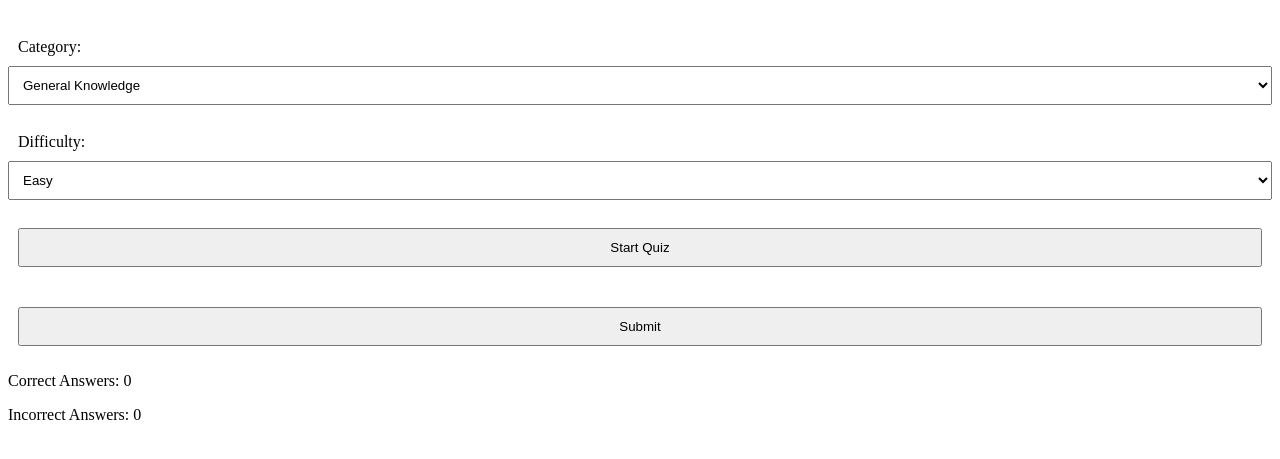
Repository: Kayla-amr/triviaSvelte
Page: /
These files come from the project's save history. The page is drawn as it stood at one moment and after the next save; the edit follows.
The browser window is 1280 px wide. The pictures show the whole page.
The project was rebuilt for these pictures with package versions that can differ from the ones it lists, and the page was loaded fresh each time. The framework's server and built-in components were replaced by stand-ins that run in the browser. Also part of the build but not shown: svelte.config.js, vite.config.js.

Above is the page before, as saved 2023-03-18 09:21:37.

After the next save:
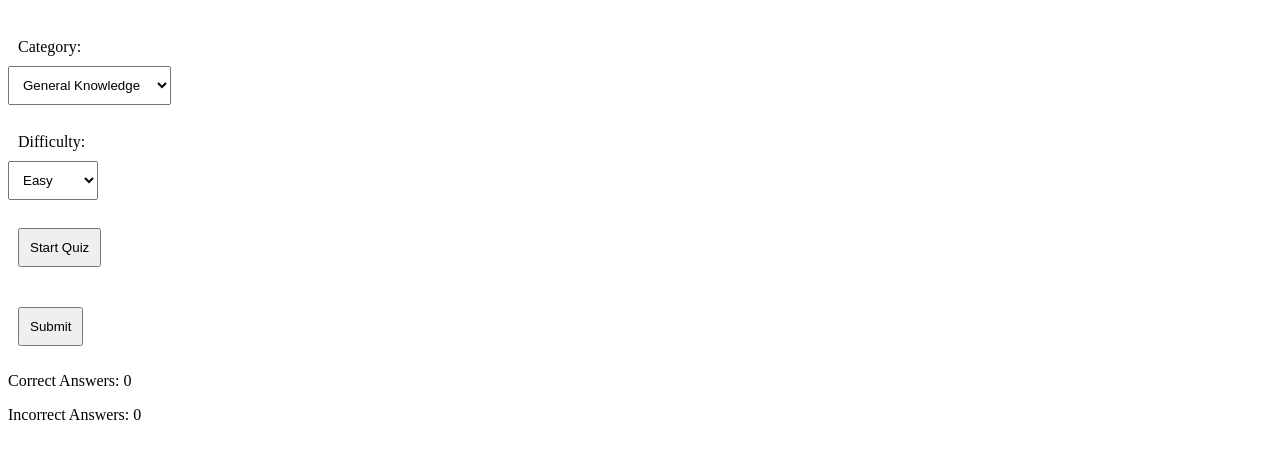
Saved 4 s later.
--- a/src/routes/+page.svelte
+++ b/src/routes/+page.svelte
@@ -101,7 +101,7 @@
     form {
         display: flex;
         flex-direction: column;
-        align-items: s;
+        align-items: start;
         padding-top: 20px;
     }
     label {
